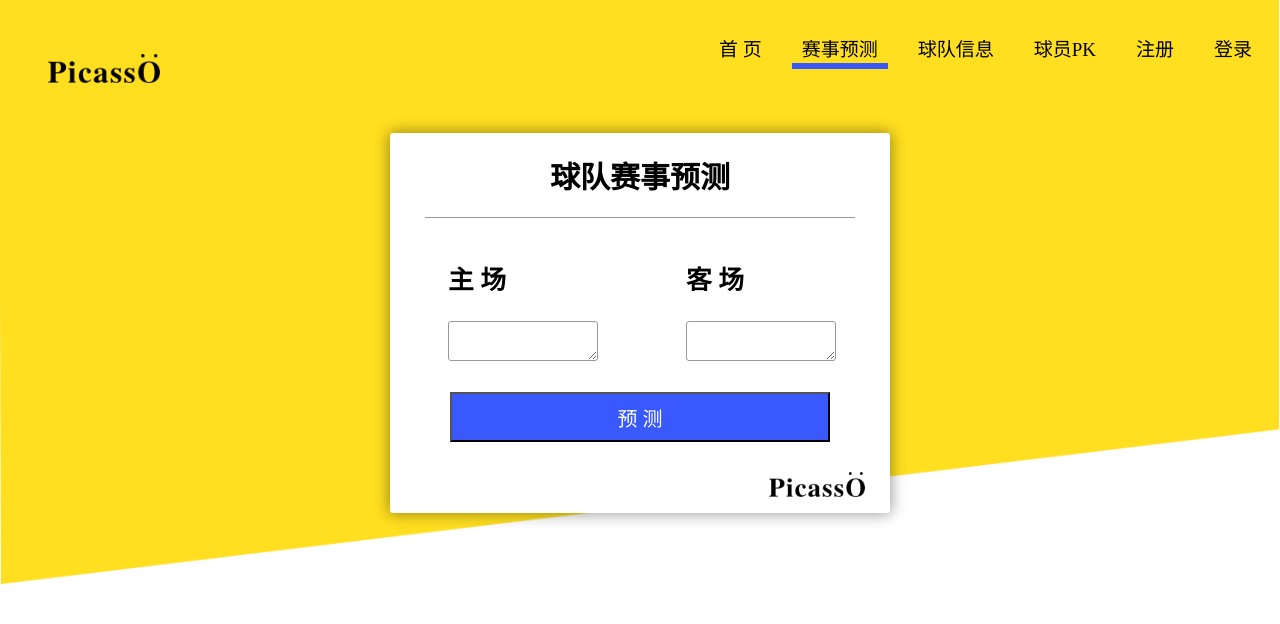
Repository: cciixx/nba-prediction-sys
Page: public/predict.html
The author's editor kept a copy of each file at every save. The page is drawn from the files as they stood at one save, then again after the next save.
The browser window is 1280 px wide. The pictures show the whole page.

Above is the page before, as saved 2020-03-25 10:29:35.

### public/predict.html
<!doctype html>
<html>
<head>
<meta charset="utf-8">
<title>NBA预测系统-赛事预测</title>
    <link  href="css/navl.css" rel="stylesheet" type="text/css">
    <link  href="css/predict.css" rel="stylesheet" type="text/css">
	<style>
		body{background-image: url(images/half_yellow.png);}
	</style>
</head>

<body>
    <div class="header">
        <ul class='navl'style="background-color: blueviolet;">
            <li><a href="login.html">登录</a></li>
            <li><a href="register.html">注册</a></li>
            <li><a href="PK_index.html">球员PK</a></li>
            <li><a href="team.html">球队信息</a></li>
            <li style="border-bottom: 6px solid #3a59fd;"><a href="predict.html">赛事预测</a></li>
            <li><a href="first.html">首 页</a></li>
            <img src="images/logo.png">
        </ul>
    </div>

    <div class="wrapper">
        <div class="bg">
            <h2 style="font-size: 30px;">球队赛事预测</h2>
            <div style="overflow: hidden;">
                <div class='box'><h3>主 场</h3><p id="home_p"></p><textarea id="home_n"></textarea></div>
                <div class='box'><h3>客 场</h3><p id="away_p"></p><textarea id="away_n"></textarea></div>
            </div>
            <div style="text-align: center;"><input class="btn" type="submit" id="pred" value="预 测"></div>
            <img src="images/logo.png">
        </div>
    </div>

</body>
</html>

### public/css/navl.css
/* CSS Document */
body{
	background-repeat: no-repeat;
	background-position: top;
	background-size: 100%, 100%;
	background-attachment: fixed;
}
.header{
    overflow: hidden;
}
.btn{
	background: #3a59fd;
	font-family: '方正小标宋简体';
	color: white;
}
.navl ul{
	margin: 30px;
	width: 600px;
	height: 300px;
	color: #030303;
	position: absolute;
	top: 10px;
}
.navl li{
		height: 29px;
		width: fit-content;
		margin: 10px;
		list-style: none;
		float: right;
}
.navl img{
	float: left;
	height: 29px;
}
.navl a{
	margin: 0px 10px;
	color:#030303;
	text-align: left;
	text-decoration: none;
	font-size: 19px;
}
.wrapper{
    width: 100%;
}

### public/css/predict.css
/* CSS Document */
.bg{
	width: 500px;
	height: 380px;
	margin: 50px auto;
	font-size: 26px;
	background: white;
	border: 0 none;
    border-radius: 3px;
    box-shadow: 0 0 15px 1px rgba(0, 0, 0, 0.4);
    box-sizing: border-box;
}
.box{
    font-size: 22px;
    width: 40%;
    float: left;
    margin-left: 38px;
}
h2{
    text-align: center;
    border-bottom: 1px solid #999999;
    padding: 20px;
    margin: 35px;
    margin-bottom: 15px;
}
h3{
    margin-left: 20px;
}
textarea {
    font-size: 20px;
	height:40px;
	width:150px;
	margin-left:20px;
    border: 1px solid #999999;
    border-radius: 3px;
    box-sizing: border-box;
    color: #2C3E50;
}
input{
    font-size: 20px;
    width: 380px;
    height: 50px;
    text-align: center;
    margin-top: 25px;
}

img{
    height: 25px;
    float: right;
    margin-top: 30px;
    margin-right: 25px;
}

After the next save:
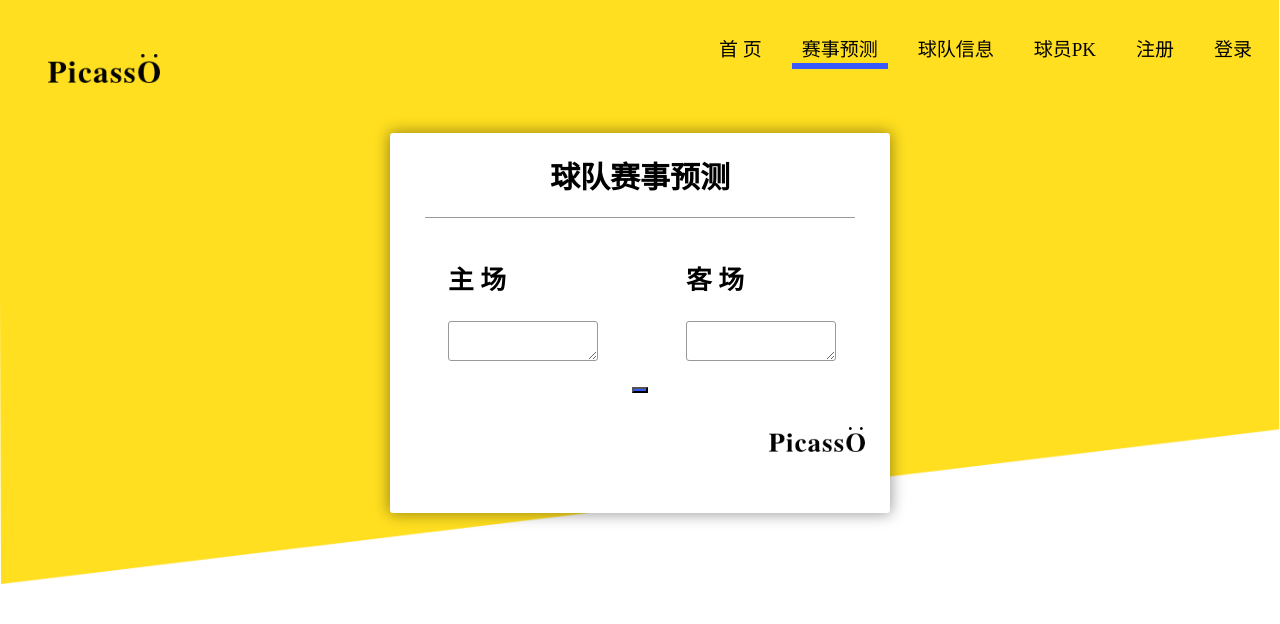
Saved 55 s later.
--- a/public/predict.html
+++ b/public/predict.html
@@ -30,7 +30,7 @@
                 <div class='box'><h3>主 场</h3><p id="home_p"></p><textarea id="home_n"></textarea></div>
                 <div class='box'><h3>客 场</h3><p id="away_p"></p><textarea id="away_n"></textarea></div>
             </div>
-            <div style="text-align: center;"><input class="btn" type="submit" id="pred" value="预 测"></div>
+            <div style="text-align: center;"><button class="btn" type="submit" id="pred" value="预 测"></div>
             <img src="images/logo.png">
         </div>
     </div>
